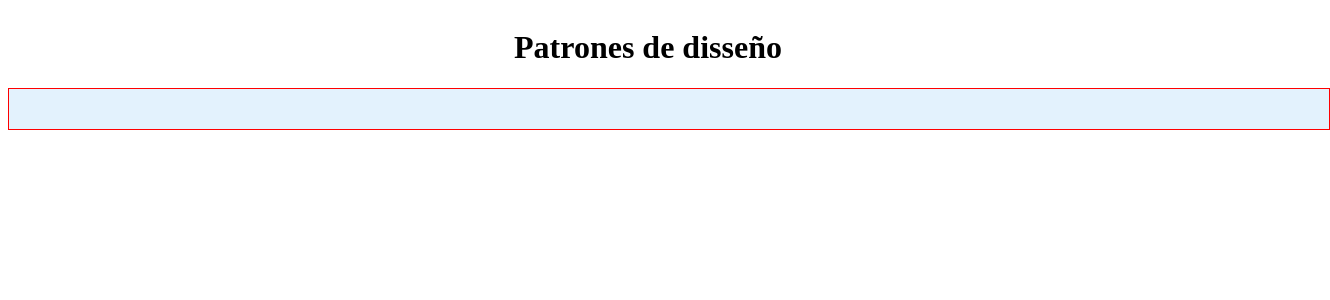
Repository: nrsWebs/design-pattern-es
Page: index.html
These files come from the project's save history. The page is drawn as it stood at one moment and after the next save; the edit follows.
The browser window is 1280 px wide. The page is 1330 px wide, so the pictures cover 1330 px, including what lies to the right of the window. The pictures show the whole page.

Above is the page before, as saved 2021-02-06 18:08:49.

### index.html
<!DOCTYPE html>
<html>
<head>
<script src="https://ajax.googleapis.com/ajax/libs/jquery/3.5.1/jquery.min.js"></script>
<link rel="stylesheet" href="source/main.css">
</head>
<body>
    <div class="main-content">
        <h1>Patrones de disseño</h1>
        <div class="box glass">
            <div class=""></div>
        </div>
    </div>
</body>
<script>
$(document).ready(function(){
    setTimeout(function(){
        $("p").hide();
    }, 5000);
});
</script>
</html>

### source/main.css
:root {
    --main: #F5F5F5;
    --secondary: #E3F2FD;
    --auxiliar: #DB5461
  }
body {
    background-color: var(--primary);
    display: flex;
    justify-content: center;
    width: 100%;
}
.main-content{
    display: flex;
    flex-direction: column;
    justify-content: space-around;
    width: 100%;
    max-width: 1440px;
}
h1{
    text-align: center;
}
.box {
    display: flex;
    flex-direction: column;
    justify-content: space-around;
    width: 100%;
    padding: 20px;
    border: 1px solid red;
}
/* GLASS EFFECT */
.glass{
    background-color: var(--secondary);
}
.glass:before {
    content: '';
    position: absolute;
    top: 0;
    left: 0;
    right: 0;
    bottom: 0;
}

After the next save:
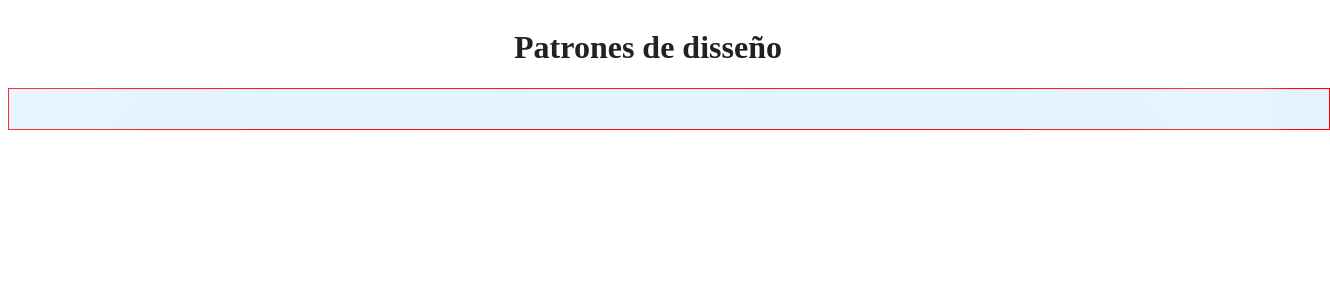
Saved 45 s later.
--- a/source/main.css
+++ b/source/main.css
@@ -38,4 +38,6 @@ h1{
     left: 0;
     right: 0;
     bottom: 0;
+    box-shadow: inset 0 0 2000px rgba(255, 255, 255, .5);
+    filter: blur(10px);
 }
